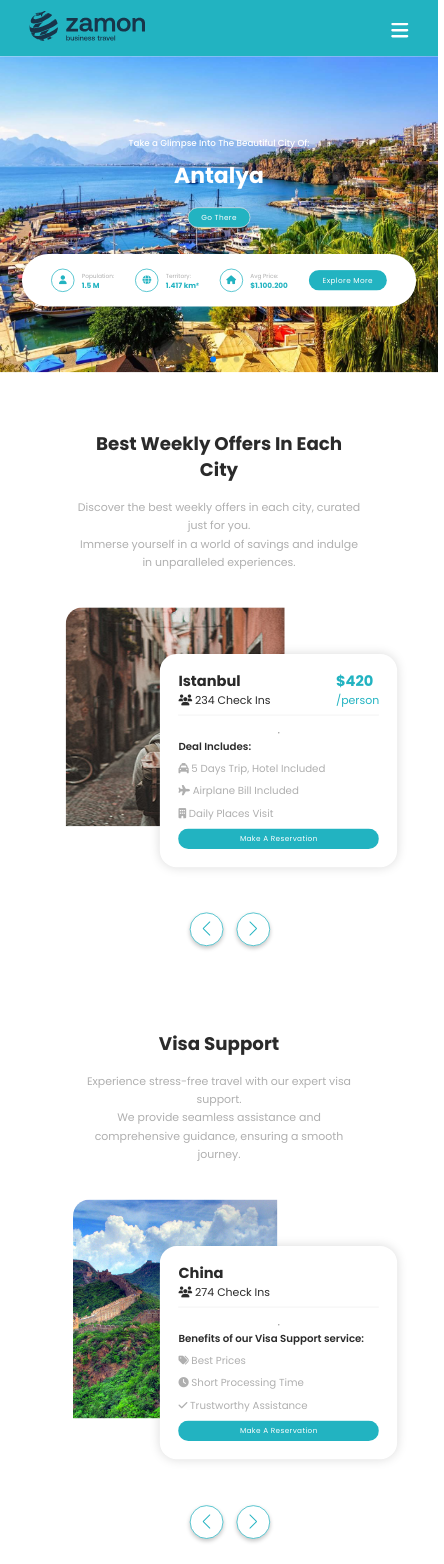
Repository: asadbekdev07/asadbekdev-zamontour-react
Page: /
These files come from the project's save history. The page is drawn as it stood at one moment and after the next save; the edit follows.
The browser window is 600 px wide. The page is 600 px wide, then 608 px, so the pictures cover 608 px, including what lies to the right of the window. The pictures show the whole page, at 73% of full size.
The project was rebuilt for these pictures with package versions that can differ from the ones it lists, and the page was loaded fresh each time. Also part of the build but not shown: vite.config.js.

Above is the page before, as saved 2024-05-26 17:32:18.

### index.html
<!doctype html>
<html lang="en">
  <head>
    <meta charset="UTF-8" />
    <link rel="icon" type="image/svg+xml" href="/vite.svg" />
    <meta name="viewport" content="width=device-width, initial-scale=1.0" />
    <title>Vite + React</title>
    <link rel="stylesheet" href="https://cdnjs.cloudflare.com/ajax/libs/font-awesome/6.5.2/css/all.min.css" integrity="sha512-SnH5WK+bZxgPHs44uWIX+LLJAJ9/2PkPKZ5QiAj6Ta86w+fsb2TkcmfRyVX3pBnMFcV7oQPJkl9QevSCWr3W6A==" crossorigin="anonymous" referrerpolicy="no-referrer" />

  </head>
  <body>
    <div id="root"></div>
    <script type="module" src="/src/main.jsx"></script>
  </body>
</html>

### src/main.jsx
import React from 'react'
import ReactDOM from 'react-dom/client'
import App from './assets/components/App'
import './assets/styles/index.css'
import './i18n'

ReactDOM.createRoot(document.getElementById('root')).render(
  <React.StrictMode>
    <App />
  </React.StrictMode>,
)

### src/assets/components/App.jsx
import Offers from "./Offers"
import SiteHeader from "./Site-header"
import SliderHero from "./Slider-hero"
import Visa from "./Visa"

function App() {

  return (
    <>
      <SiteHeader />
      <SliderHero />
      <Offers />
      <Visa />
    </>
  )
}

export default App

### src/assets/styles/index.css
/* CUSTOM PROPS */
:root {
  --primary-color: #22b3c1;
  --primary-bg-color: #ffffff;
  --border-color: #eeeeee;
  --secondary-text-color: #2a2a2a;
  --grayish-text-color: #afafaf;
  --form-border-color: #e0e0e0;
}

/* FONT-FACE  */
@font-face {
  font-family: "Poppins";
  src: url("../fonts/Poppins-Regular.woff2") format("woff2"), url("../fonts/Poppins-Regular.woff") format("woff");
  font-weight: normal;
  font-style: normal;
  font-display: swap;
}
@font-face {
  font-family: "Poppins";
  src: url("../fonts/Poppins-BoldItalic.woff2") format("woff2"), url("../fonts/Poppins-BoldItalic.woff") format("woff");
  font-weight: bold;
  font-style: italic;
  font-display: swap;
}
@font-face {
  font-family: "Poppins";
  src: url("../fonts/Poppins-SemiBold.woff2") format("woff2"), url("../fonts/Poppins-SemiBold.woff") format("woff");
  font-weight: 600;
  font-style: normal;
  font-display: swap;
}
@font-face {
  font-family: "Poppins";
  src: url("../fonts/Poppins-Medium.woff2") format("woff2"), url("../fonts/Poppins-Medium.woff") format("woff");
  font-weight: 500;
  font-style: normal;
  font-display: swap;
}
@font-face {
  font-family: "Poppins";
  src: url("../fonts/Poppins-Bold.woff2") format("woff2"), url("../fonts/Poppins-Bold.woff") format("woff");
  font-weight: bold;
  font-style: normal;
  font-display: swap;
}

/* GLOBAL  */
html {
  box-sizing: border-box;
  height: 100%;
  scroll-behavior: smooth;
}

*,
*::before,
*::after {
  box-sizing: inherit;
}

:focus {
  outline: 2px dotted var(--primary-color);
  outline-offset: 3px;
}

body {
  display: flex;
  flex-direction: column;
  height: 100%;
  padding: 0;
  margin: 0;
  font-weight: 400;
  font-family: "Poppins", "Arial", sans-serif;
  font-size: 15px;
  background-color: #ffffff;
  color: var(--grayish-text-color);
}

img {
  max-width: 100%;
  height: auto;
}

/* AUTOFILL-STYLES */
/*input:-webkit-autofill,
input:-webkit-autofill:hover,
input:-webkit-autofill:focus,
textarea:-webkit-autofill,
textarea:-webkit-autofill:hover,
textarea:-webkit-autofill:focus,
select:-webkit-autofill,
select:-webkit-autofill:hover,
select:-webkit-autofill:focus {
  border-color: transparent;
  -webkit-text-fill-color: inherit;
  -webkit-box-shadow: 0 0 0px 1000px #fff inset;
}*/


/* PLACEHOLDER-STYLES */
/*::-webkit-input-placeholder,
::-moz-placeholder,
:-ms-input-placeholder,
:-moz-placeholder {
  color: rgba(52, 49, 61, 0.5);
  opacity: 1;
}*/


/* VISUALLY-HIDDEN */
.visually-hidden {
  position: absolute;
  width: 1px;
  height: 1px;
  margin: -1px;
  border: 0;
  padding: 0;
  clip: rect(0 0 0 0);
  overflow: hidden;
}


/* CONTAINER  */
.container {
  width: 100%;
  max-width: 1200px;
  padding-left: 20px;
  padding-right: 20px;
  margin-left: auto;
  margin-right: auto;
}

/* MAIN-CONTENT  */
.main-content {
  flex-grow: 1;
}

/* BUTTON  */
.button {
  padding: 13px 30px;
  margin: 0;
  display: inline-block;
  border-radius: 25px;
  font-weight: 500;
  line-height: 21px;
  font-size: 14px;
  letter-spacing: 0.5px;
  transition: color 0.4s ease;
  text-transform: capitalize;
  border: 1px solid transparent;
  background-color: #22b3c1;
  color: #ffffff;
  overflow: hidden;
  text-decoration: none;
  cursor: pointer;
  white-space: nowrap;
  text-align: center;
}
.button:hover {
  opacity: 0.8;
}
.button:active {
  opacity: 0.6;
}

.button--arrow {
  color: #22b3c1;
  transition: all 0.5s ease;
  text-decoration: none;
}

.button--white {
  background-color: #ffffff;
  color: #22b3c1;
}
.button--white:hover {
  background-color: #22b3c1;
  color: #ffffff;
  opacity: 1;
}

.button--form {
  width: 100%;
  display: block;
}

.button--cta {
  border: 1px solid #e0e0e0;
}
.button--cta:hover {
  background-color: #ffffff;
  color: #22b3c1;
  opacity: 1;
}

/* SITE-HEADER  */
.site-header {
  position: relative;
  padding: 15px 20px;
  background-color: var(--primary-color);
}

.site-header :focus {
  outline: 2px dotted var(--primary-bg-color);
  outline-offset: 3px;
}

.site-header__container {
  display: flex;
  align-items: center;
  justify-content: space-between;
}

.site-header__sitenav {
  display: flex;
  align-items: center;
  justify-content: space-between;
}

.sitenav__list {
  padding: 0;
  margin: 0;
  list-style: none;
  display: flex;
  align-items: center;
}

.sitenav__item {
  margin-right: 30px;
}

.sitenav__link {
  text-decoration: none;
  color: var(--primary-bg-color);
  transition: color 0.4s ease;
}

.sitenav__link:hover {
  color: var(--secondary-text-color);
}

.sitenav__link:active {
  opacity: 0.6;
}

.lang {
  margin: 0;
  padding: 0;
  list-style: none;
  display: flex;
  align-items: center;
}

.lang__item {
  margin-right: 30px;
}

.lang__link {
  text-decoration: none;
  color: var(--primary-bg-color);
  transition: color 0.4s ease;
}

.lang__link:hover {
  color: var(--secondary-text-color);
}

.lang__link:active {
  opacity: 0.6;
}

.social {
  margin: 0;
  padding: 0;
  list-style: none;
  display: flex;
  align-items: center;
}

.social__item:not(:last-child) {
  margin-right: 30px;
}

.social__link {
  display: block;
  text-decoration: none;
}

.social__icon {
  display: block;
  color: var(--primary-bg-color);
}

.fa-telegram {
  transition: color 0.4s ease;
}

.fa-instagram {
  transition: color 0.4s ease;
}

.fa-telegram:hover {
  color: var(--secondary-text-color)
}

.fa-instagram:hover {
  color: var(--secondary-text-color)
}

.site-header__toggler {
  display: none;
  width: 24px;
  height: 22px;
  border: 0;
  background-color: transparent;
  padding: 0;
  margin: 0;
  color: var(--primary-bg-color);
}

/* SLIDER-HERO  */
.slider {
  background-position: center;
  background-repeat: no-repeat;
  background-size: cover;
}

.slider__container {
  width: 90%;
  padding-top: 90px;
  padding-bottom: 90px;
  display: flex;
  flex-direction: column;
  align-items: center;
}

.slider__top {
  padding-top: 50px;
  width: 100%;
  text-align: center;
}

.slider__top-heading {
  margin-top: 0;
  margin-bottom: 20px;
  font-weight: 500;
  font-size: 20px;
  color: var(--primary-bg-color);
}

.slider__top-city {
  margin-top: 0;
  margin-bottom: 30px;
  font-weight: 700;
  font-size: 50px;
  color: var(--primary-bg-color);
}

.slider__bottom {
  width: 100%;
}

.list {
  padding: 0;
  margin: 0;
  list-style: none;
  padding: 30px 60px;
  margin-top: 40px;
  display: flex;
  align-items: center;
  justify-content: space-between;
  border-radius: 60px;
  background-color: var(--primary-bg-color);
}

.list__item-inner {
  display: flex;
  align-items: center;
}
.list__item-inner .fa {
  display: flex;
  align-items: center;
  justify-content: center;
  margin-right: 20px;
  width: 60px;
  height: 60px;
  border-radius: 50%;
  line-height: 50px;
  font-size: 25px;
  text-align: center;
  border: 1px solid var(--primary-color);
  color: var(--primary-color);
}

.list__subheading {
  margin: 0;
  font-weight: 700;
  font-size: 20px;
  line-height: 28px;
  color: var(--primary-color);
}
.list__subheading span {
  font-weight: 400;
  font-size: 15px;
  color: var(--grayish-text-color);
}

.lang__link.selected {
  font-weight: bold;
  color: var(--primary-color);
  text-decoration: underline;
}

/* OFFERS  */
.offers,
.visa {
  position: relative;
  padding-top: 80px;
  padding-bottom: 80px;
}

.offers__content,
.visa__content {
  width: 70%;
  margin-left: 15%;
  margin-right: 15%;
  margin-bottom: 50px;
  text-align: center;
}

.offers__title,
.visa__title {
  margin-top: 0;
  margin-bottom: 20px;
  font-weight: 700;
  font-size: 30px;
  line-height: 36px;
  text-transform: capitalize;
  color: var(--secondary-text-color);
}

.offers__description,
.visa__description {
  line-height: 30px;
}

.offers__card,
.visa__card {
  width: 350px;
  height: 420px;
  border-radius: 8px;
  display: flex;
  cursor: pointer;
  align-items: center;
  justify-content: center;
  flex-direction: column;
  position: relative;
}

.offers__img,
.visa__img {
  height: 300px;
  padding-right: 150px;
  padding-bottom: 120px;
  border-top-left-radius: 23px;
  border-bottom-left-radius: 23px;
}


.visa__img {
  width: 50%;
  object-fit: cover;
}

.inner {
  position: absolute;
  right: 1%;
  display: flex;
  flex-direction: column;
  justify-content: center;
  position: absolute;
  z-index: 10000;
  width: 250px;
  padding: 25px;
  border-radius: 23px;
  box-shadow: 0px 0px 15px rgba(0, 0, 0, 0.15);
  background-color: var(--primary-bg-color);
}

.inner__top {
  display: flex;
  align-items: center;
  justify-content: space-between;
  padding-bottom: 10px;
  position: relative;
  margin-bottom: 15px;
  border-bottom: 1px solid #eee;
}

.inner__top h4 {
  font-size: 20px;
  line-height: 24px;
  color: var(--secondary-text-color);
  margin: 0;
}

.inner__top h6 {
  margin: 0;
  font-weight: 700;
  font-size: 20px;
  line-height: 24px;
  color: var(--primary-color);
}
.inner__top span {
  font-weight: 400;
  font-size: 15px;
  line-height: 18px;
}

.inner__list {
  margin: 0;
  padding: 0;
  list-style: none;
  margin-bottom: 10px;
}

.inner__list li:not(:last-child) {
  margin-bottom: 10px;
}

.inner__list li:not(:first-child) {
  font-size: 14px;
  line-height: 21px;
  color: var(--grayish-text-color);
}

.inner__list-title {
  font-weight: 600;
  font-size: 14px;
  line-height: 20px;
  color: var(--secondary-text-color);
}

.swiper-buttons {
  display: flex;
  justify-content: center;
  position: absolute;
  left: 42%;
  bottom: 10%; /* Adjust as needed */
  width: 15%;
}

.swiper-button-next,
.swiper-button-prev {
  width: 46px;
  height: 46px;
  border-radius: 50%;
  border: 1.5px solid var(--primary-color);
  background-color: var(--primary-bg-color);
  color: var(--primary-color);
  text-align: center;
  line-height: 44px;
  cursor: pointer;
  box-shadow: 0 3px 6px rgba(0, 0, 0, 0.23);
  margin: 0 15px;
  font-size: 20px;
}

.swiper-button-next:hover,
.swiper-button-prev:hover {
  background-color: var(--primary-color);
  color: var(--primary-bg-color);
}

.swiper-button-next::after,
.swiper-button-prev::after {
  font-size: 20px; /* Custom size for the arrow icons */
}

@media only screen and (min-width: 1000px) and (max-width: 1200px) {
  .offers__card {
    width: 30%;
  }

  .offers__img {
    height: 300px;
    padding-right: 85px;
    padding-bottom: 120px;
  }

  .inner {
    width: 210px;
    padding: 21px;
  }
}
@media only screen and (max-width: 1000px) {
  .offers__card {
    width: 45%;
  }

  .offers__img {
    height: 300px;
    padding-right: 60px;
    padding-bottom: 120px;
  }

  .inner {
    width: 225px;
    padding: 25px;
  }

  .swiper-buttons {
    left: 45%;
  }

  .swiper-button-next,
  .swiper-button-prev {
    margin: 0 0;
  }
}

@media only screen and (max-width: 900px) {
  .site-header__sitenav {
    display: none;
  }

  .site-header__toggler {
    display: block;
  }

  .site-header.is-open .site-header__sitenav {
    z-index: 1000;
    width: 90%;
    display: flex;
    flex-direction: column;
    position: absolute;
    top: 90%;
    left: 5%;
    right: 5%;
    background-color: var(--primary-bg-color);
  }

  .site-header.is-open .sitenav {
    width: 100%;
  }

  .site-header.is-open .sitenav__list,
  .site-header.is-open .social,
  .site-header.is-open .lang {
    display: flex;
    flex-direction: column;
    width: 100%;
  }

  .site-header.is-open .sitenav__item,
  .site-header.is-open .lang__item,
  .site-header.is-open .social__item {
    width: 100%;
    margin: 0;
    padding-top: 8px;
    padding-bottom: 8px;
    border-bottom: 1px solid var(--form-border-color);
    text-align: center;
  }

  .site-header.is-open .sitenav__link,
  .site-header.is-open .lang__link,
  .site-header.is-open .social__link,
  .site-header.is-open .social__icon {
    color: var(--secondary-text-color);
  }

  .site-header.is-open .lang__link:hover,
  .site-header.is-open .social__link:hover,
  .site-header.is-open .social__icon:hover {
    color: var(--primary-color);
  }
  /* LIST */
  .list__subheading {
    font-size: 15px;
    line-height: 18px;
  }
  .list__subheading span {
    font-size: 12px;
  }
  .list__item-inner .fa {
    margin-right: 15px;
    width: 50px;
    height: 50px;
    border-radius: 50%;
    line-height: 40px;
    font-size: 20px;
  }
}

@media only screen and (max-width: 800px) {
  .button {
    padding: 10px 20px;
    border-radius: 20px;
    font-weight: 400;
    line-height: 15px;
    font-size: 13px;
    letter-spacing: 0.5px;
  }
  /* SLIDER  */
  .slider__top-heading {
    margin-bottom: 18px;
    font-weight: 500;
    font-size: 16px;
  }
  .slider__top-city {
    margin-top: 0;
    margin-bottom: 25px;
    font-weight: 700;
    font-size: 40px;
  }

  .swiper-button-next,
  .swiper-button-prev {
    margin: 0 -8px;
  }
}

@media only screen and (min-width: 500px) and (max-width: 700px) {
  .offers__img,
  .visa__img {
    padding-right: 120px;
  }
  .inner {
    width: 275px;
    margin-right: 30px;
  }
}

@media only screen and (max-width: 700px) {
  .list {
    padding: 20px 40px;
    margin-top: 30px;
    border-radius: 50px;
  }
  .list__item-inner .fa {
    margin-right: 12px;
    width: 35px;
    height: 35px;
    border-radius: 50%;
    line-height: 25px;
    font-size: 15px;
  }
  .list__subheading {
    font-size: 13px;
    line-height: 15px;
  }
  .list__subheading span {
    font-size: 10px;
  }
  .offers__title,
  .visa__title {
    font-size: 25px;
  }
  .offers__description,
  .visa__description {
    line-height: 25px;
  }
  .offers__img {
    width: 300px;
  }
  .swiper-button-next,
  .swiper-button-prev {
    margin: 0 -12px;
  }
}

@media only screen and (max-width: 600px) {
  .button {
    padding: 8px 18px;
    border-radius: 18px;
    font-weight: 400;
    line-height: 10px;
    font-size: 10px;
    letter-spacing: 0.5px;
  }
  /* SLIDER  */
  .slider {
    padding-top: 0;
    padding-bottom: 0;
  }
  .slider__top {
    padding-top: 20px;
  }
  .slider__top-heading {
    margin-bottom: 14px;
    font-weight: 500;
    font-size: 12px;
  }
  .slider__top-city {
    margin-top: 0;
    margin-bottom: 20px;
    font-weight: 700;
    font-size: 30px;
  }
  /* LIST  */
  .list__item-inner .fa {
    margin-right: 10px;
    width: 30px;
    height: 30px;
    border-radius: 50%;
    line-height: 20px;
    font-size: 12px;
  }
  .list__subheading {
    font-size: 10px;
    line-height: 12px;
  }
  .list__subheading span {
    font-size: 8px;
  }
  .swiper-button-next,
  .swiper-button-prev {
    margin: 0 -20px;
  }
}

@media only screen and (max-width: 500px) {
  .button {
    padding: 6px 12px;
    border-radius: 15px;
    font-weight: 400;
    line-height: 1;
    font-size: 7px;
    letter-spacing: 0.5px;
  }
  /* SLIDER  */

  .slider__container {
    padding-top: 50px;
    padding-bottom: 50px;
  }
  /* LIST  */
  .list {
    padding: 15px 22px;
    margin-top: 25px;
    border-radius: 40px;
  }
  .list__item-inner .fa {
    margin-right: 5px;
    width: 20px;
    height: 20px;
    border-radius: 50%;
    line-height: 10px;
    font-size: 8px;
  }
  .list__subheading {
    font-size: 7px;
    line-height: 1;
  }
  .list__subheading span {
    font-size: 5px;
  }
  .offers__img {
    width: 230px;
  }
  .swiper-button-next,
  .swiper-button-prev {
    margin: 0 -35px;
  }
}

@media
only screen and (-webkit-min-device-pixel-ratio: 2),
only screen and (   min--moz-device-pixel-ratio: 2),
only screen and (     -o-min-device-pixel-ratio: 2/1),
only screen and (        min-device-pixel-ratio: 2),
only screen and (                min-resolution: 192dpi),
only screen and (                min-resolution: 2dppx) {

}

### src/i18n.jsx
import i18n from 'i18next';
import { initReactI18next } from 'react-i18next';
import Backend from 'i18next-http-backend';
import laungageDetector from 'i18next-browser-languagedetector';
import enLang from '../public/locales/en.json'
import uzLang from '../public/locales/uz.json'
import ruLang from '../public/locales/ru.json'

i18n
.use(Backend)
.use(laungageDetector)
.use(initReactI18next)
.init({
  fallbackLng: 'en',
  lng: 'en',
  debug: true,
  resources: {
    en:{translation: enLang},
    uz:{translation: uzLang},
    ru:{translation: ruLang}
  }
})

export default i18n;

### src/assets/components/Slider-hero.jsx
import React from 'react';
import { Swiper, SwiperSlide } from 'swiper/react';
import 'swiper/css';
import 'swiper/css/pagination';
import 'swiper/css/navigation';


import { Autoplay, Pagination, Navigation } from 'swiper/modules';

import istanbulImg from '/img/istanbul.jpg';
import antalyaImg from '/img/antalya.jpg';
import dubaiImg from '/img/dubai2.jpg';
import sharmImg from '/img/sharm.jpg';

const slidesData = [
  {
    img: istanbulImg,
    city: 'Istanbul',
    population: '15.5 M',
    territory: '5.461 km²',
    avgPrice: '$946.000'
  },
  {
    img: antalyaImg,
    city: 'Antalya',
    population: '1.5 M',
    territory: '1.417 km²',
    avgPrice: '$1.100.200'
  },
  {
    img: dubaiImg,
    city: 'Dubai',
    population: '3.3 M',
    territory: '35 km²',
    avgPrice: '$425.000'
  },
  {
    img: sharmImg,
    city: 'Sharm El-Sheikh',
    population: '0.07 M',
    territory: '45 km²',
    avgPrice: '$165.450'
  }
];

const SlideContent = ({ img, city, population, territory, avgPrice }) => (
  <section className="slider" style={{ backgroundImage: `url(${img})` }}>
    <div className="container slider__container">
      <div className="slider__top">
        <h3 className="slider__top-heading">Take a Glimpse Into The Beautiful City Of:</h3>
        <h2 className="slider__top-city">{city}</h2>
        <a className="button button--cta" href="#contact">Go There</a>
      </div>
      <div className="slider__bottom">
        <ul className="slider__bottom-list list">
          <li className="list__item">
            <div className="list__item-inner">
              <i className="fa fa-user"></i>
              <h4 className="list__subheading">
                <span>Population:</span><br />{population}
              </h4>
            </div>
          </li>
          <li className="list__item">
            <div className="list__item-inner">
              <i className="fa fa-globe"></i>
              <h4 className="list__subheading">
                <span>Territory:</span><br />{territory}
              </h4>
            </div>
          </li>
          <li className="list__item">
            <div className="list__item-inner">
              <i className="fa fa-home"></i>
              <h4 className="list__subheading">
                <span>Avg Price:</span><br />{avgPrice}
              </h4>
            </div>
          </li>
          <div className="list__item-inner">
            <a className="button" href="#contact">Explore More</a>
          </div>
        </ul>
      </div>
    </div>
  </section>
);

export default function SliderHero() {
  return (
    <Swiper
      spaceBetween={5}
      centeredSlides={true}
      autoplay={{
        delay: 5500,
        disableOnInteraction: false,
      }}
      pagination={{
        clickable: true,
      }}
      loop={true}
      navigation={false}
      modules={[Autoplay, Pagination, Navigation]}
      className="mySwiper"
    >
      {slidesData.map((slide, index) => (
        <SwiperSlide key={index}>
          <SlideContent {...slide} />
        </SwiperSlide>
      ))}
    </Swiper>
  );
}

### src/assets/components/Visa.jsx
import React from 'react';
import { Navigation, A11y } from 'swiper/modules';
import { Swiper, SwiperSlide } from 'swiper/react';
import 'swiper/css';
import 'swiper/css/navigation';

import china from '/img/china.jpg';
import hongkong from '/img/hongkong.jpg';
import europe from '/img/europe.jpeg';
import india from '/img/india.jpg';
import japan from '/img/japan.jpg';
import saudi from '/img/saudi.jpg';
import oman from '/img/oman.jpg';

const offersData = [
  { img: china, city: "China", checkIns: 274 },
  { img: hongkong, city: "Hong Kong", checkIns: 350 },
  { img: europe, city: "European (Schengen)", checkIns: 453 },
  { img: india, city: "India", checkIns: 220 },
  { img: japan, city: "Japan", checkIns: 442 },
  { img: saudi, city: "Saudi Arabia", checkIns: 424 },
  { img: oman, city: "Oman", checkIns: 389 }
];

const Visa = () => {
  return (
    <div className="visa">
      <div className="container">
        <div className="visa__content">
          <h2 className="visa__title">Visa Support</h2>
          <p className="visa__description">
          Experience stress-free travel with our expert visa support. <br/> We provide seamless assistance and comprehensive guidance, ensuring a smooth journey.
          </p>
        </div>
        <Swiper
          modules={[Navigation, A11y]}
          spaceBetween={15}
          slidesPerView={3}
          navigation={{ nextEl: '.swiper-button-next', prevEl: '.swiper-button-prev' }}
          loop={true}
          breakpoints={{
            1000: {
              slidesPerView: 3,
              spaceBetween: 15
            },
            700: {
              slidesPerView: 2,
              spaceBetween: 15
            },
            0: {
              slidesPerView: 1,
              spaceBetween: 15
            }
          }}
          onSwiper={(swiper) => console.log(swiper)}
          onSlideChange={() => console.log('slide change')}
        >
          {offersData.map((offer, index) => (
            <SwiperSlide key={index} className='visa__card'>
              <img className='visa__img' src={offer.img} alt={`${offer.city} img`} />
              <div className="visa__card-inner inner">
                <div className="inner__top">
                  <h4>{offer.city}<br /><span><i className="fa fa-users"></i> {offer.checkIns} Check Ins</span></h4>
                </div>
                <hr className='inner__divider' />
                <ul className='inner__list'>
                  <li className="inner__list-title">Benefits of our Visa Support service:</li>
                  <li><i className="fa fa-tags"></i> Best Prices</li>
                  <li><i className="fa fa-clock"></i> Short Processing Time</li>
                  <li><i className="fa fa-check"></i> Trustworthy Assistance</li>
                </ul>
                <a className="button button--wrapper" href="#contact">Make a Reservation</a>
              </div>
            </SwiperSlide>
          ))}
        </Swiper>
        <div className="swiper-buttons">
          <div className="swiper-button-prev"></div>
          <div className="swiper-button-next"></div>
        </div>
      </div>
    </div>
  );
};

export default Visa;

Loaded but not shown: public/locales/uz.json (12 lines, source omitted); public/locales/en.json (12 lines, source omitted); public/locales/ru.json (12 lines, source omitted); src/assets/components/Site-header.jsx (106 lines, source omitted); src/assets/components/Offers.jsx (86 lines, source omitted)

After the next save:
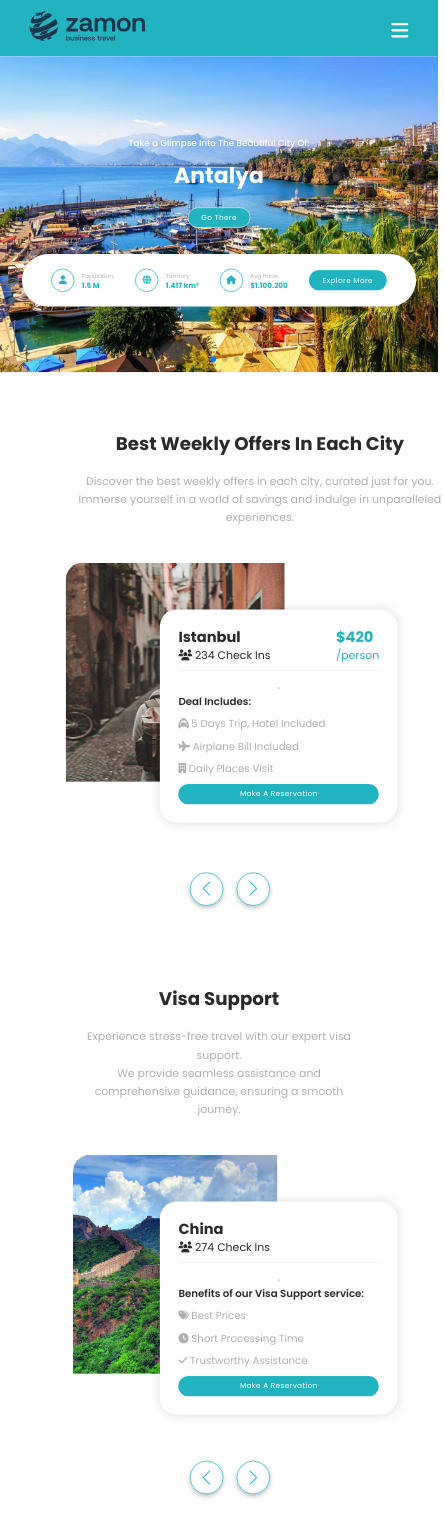
Saved 43 s later.
--- a/src/assets/styles/index.css
+++ b/src/assets/styles/index.css
@@ -753,6 +753,9 @@ select:-webkit-autofill:focus {
   .list__subheading span {
     font-size: 10px;
   }
+  .offers__content {
+    width: 90%;
+  }
   .offers__title,
   .visa__title {
     font-size: 25px;
